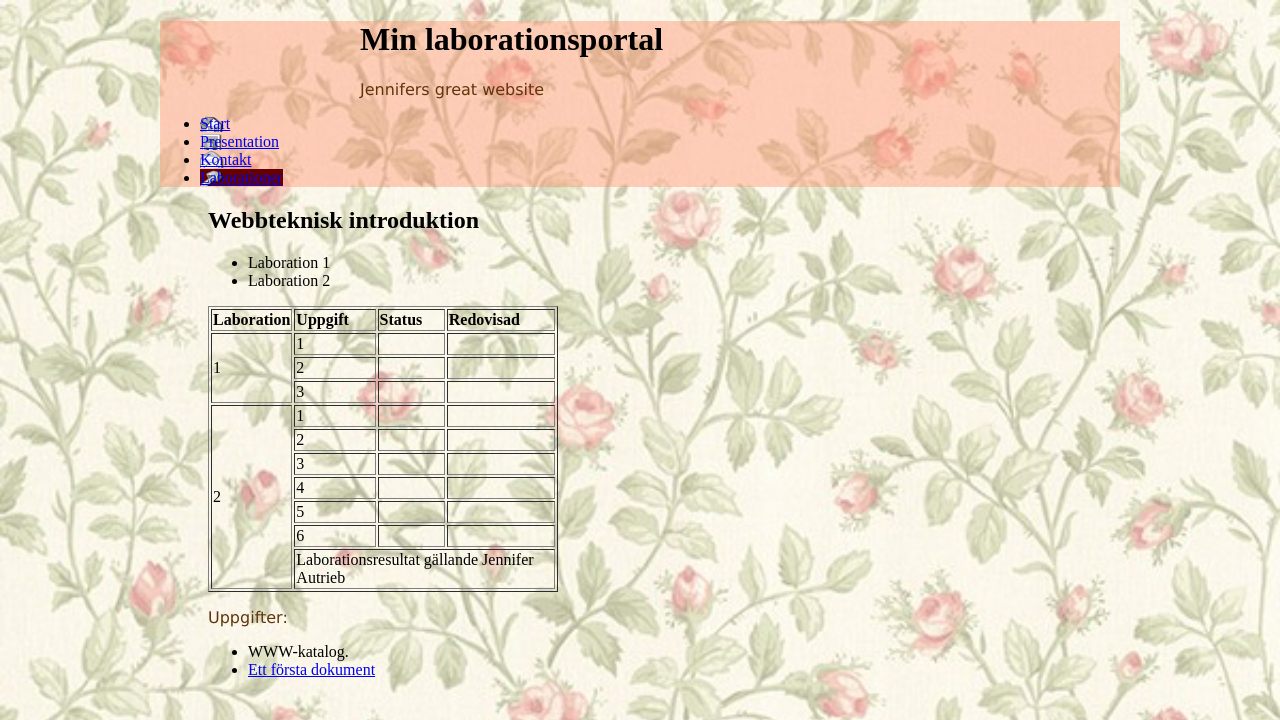
Repository: JeAut/1ik415-JeAut-laborationer
Page: WWW/pages/laborationer.html
The author's editor kept a record of every edit. The page is drawn from the files as they stood at one moment, then again after the next edit.
The browser window is 1280 px wide. The pictures show the whole page.

Above is the page before.

### WWW/pages/laborationer.html
<!DOCTYPE html>
<html>
    <head>
        <meta http-equiv="content-type" content="text/html; charset=utf-8" />
        <title>Laborationer</title>
        <link rel="apple-touch-icon" href="../../css/jenbookmark.jpg"/>
        <link rel="stylesheet" href="../../css/style.css"/>
        <link rel="stylesheet" media="print" href="../../css/print.css"/>
        <link rel="stylesheet" media="screen and (max-width: 480px)" href="../../css/mobile.css"/>
        <meta name="viewport" content="width=device-width, initial-scale=1">
        <link rel="shortcut icon" href="../pics/favicon.ico" type="image/x-icon"/>
    </head>
    <body>
    <div id="bgimage">
        <div id="body">
        <div id="header"><h1>Min laborationsportal</h1>
        <p>Jennifers great website</p>
        </div>

        <aside>
        <ul>
          <li><a href="../index.html" class="buttonstart"> Start</a></li>
          <li><a href="Presentation.html" class="buttonpresent"> Presentation</a></li>
          <li><a href="kontakt.html" class="buttonkontakt"> Kontakt</a></li>
          <li><a href="laborationer.html" class="active buttonlabb"> Laborationer</a></li>
        </ul>
        </div>

        <!--
        <ul class="sidemenu">
        <div id="navigation">
            <div id="bc">
            <div id="ulsidemenu">
            <div id="ulsidemenu2">
            <li><a href="../../index.html" class="buttonstart"> Start</a></li>
            </div>
            <div id="ulsidemenu3">
            <li><a href="Presentation.html" class="buttonpresent"> Presentation</a></li>
            </div>
            <div id="ulsidemenu4">
            <li><a href="kontakt.html" class="buttonkontakt"> Kontakt</a></li>
            </div>
            <div id="ulsidemenu5">
            <li><a href="laborationer.html" class="active buttonlabb"> Laborationer</a></li>
            </div>
            </div>
            </div>
            </div>
        </ul>
        -->
        <div id="container"><h2>Webbteknisk introduktion</h2>

        <ul>
            <li>Laboration 1</li>
            <li>Laboration 2</li>
        </ul>

        <table width="350" border="1">
        <tr>
        <td><b>Laboration</b></td>
        <td><b>Uppgift</b></td>
        <td><b>Status</b></td>
        <td><b>Redovisad</b></td>
        </tr>
        <tr>
            <td rowspan="3">1</td>
            <td>1</td>
            <td></td>
            <td></td>
        </tr>
        <tr>
            <td>2</td>
            <td></td>
            <td></td>
        </tr>
        <tr>
            <td>3</td>
            <td></td>
            <td></td>
        </tr>
        <tr>
            <td rowspan="9">2</td>
            <td>1</td>
            <td></td>
            <td></td>
        </tr>
        <tr>
            <td>2</td>
            <td></td>
            <td></td>
        </tr>
        <tr>
            <td>3</td>
            <td></td>
            <td></td>
        </tr>
        <tr>
            <td>4</td>
            <td></td>
            <td></td>
        </tr>
        <tr>
            <td>5</td>
            <td></td>
            <td></td>
        </tr>
        <tr>
            <td>6</td>
            <td></td>
            <td></td>
        </tr>
        <td colspan="4">Laborationsresultat gällande Jennifer Autrieb</td>
        </table>

        <p>Uppgifter:</p>

        <ul>
        <li>WWW-katalog.</li>
        <li><a href="Presentation.html#doc"> Ett första dokument</a></li>
        </ul>
        </div>
        </div>
        </div>
    </body>
</html>

### css/style.css
/*Layout*/

#navigation {
    display:block;
    float:left;
    width:31.25%;
}

#container {
    display:block;
    margin-left:200px;
    width:62.5%;
}

#header {
    display:block;
    margin-left:200px;
}

#body {
    width:960px;
    margin: 0 auto;
    background-color: rgba(255, 139, 102, 0.4);
}

body {
    background-image:url(floral.jpg);
    -webkit-background-size: cover;
    -moz-background-size: cover;
    -o-background-size: cover;
    background-size: cover;
}

#image {
    float:right;
    border-left:4px solid #000;
    border-right:4px solid #000;
    border-top:4px solid #000;
    border-bottom:4px solid #000;
    display:block;
}


#image2 {
    float:left;
    border-left:4px solid #000;
    border-right:4px solid #000;
    border-top:4px solid #000;
    border-bottom:4px solid #000;
    display:block;
}


#navigation {
    background-color:#F6DEA5;
    width:150px;

}

#navigation ul {
   list-style:none;
   padding:0px;
   margin:0px;
}

#navigation li {
   font-family:Verdana, Arial;
    border-top:1px solid #6F3E04;
    border-left:1px solid #6F3E04;
    border-right:1px solid #6F3E04;
    border-bottom:1px solid #6F3E04;
}

#navigation a {
    text-decoration:none;
    display:block;
    color:#994C00;
    font-weight:bold;
    padding:2px 10px;
}
#navigation a:hover {
    background-color:#B9BB79;
    color:#EEEEDC;
}


/*Listelement <li> meny

#bc {
    background-color:#D8B774;
}

#ulsidemenu {
    padding:0px;
    margin:0px;
    list-style:none;
    font-family:Verdana, Arial, Helvetica, sans-serif;
    border-bottom:1px solid #6F3E04;
    width:150px;
    background-color:#F6DEA5;
}

#ulsidemenu2 {
    border-top:1px solid #6F3E04;
    border-left:1px solid #6F3E04;
    border-right:1px solid #6F3E04;
}

#ulsidemenu3 {
    border-top:1px solid #6F3E04;
    border-left:1px solid #6F3E04;
    border-right:1px solid #6F3E04;
}

#ulsidemenu4 {
    border-top:1px solid #6F3E04;
    border-left:1px solid #6F3E04;
    border-right:1px solid #6F3E04;
}

#ulsidemenu5 {
    border-top:1px solid #6F3E04;
    border-left:1px solid #6F3E04;
    border-right:1px solid #6F3E04;
}

a {
    text-decoration:none;
    display:block;
    width:128px;
    color:#994C00;
    font-weight:bold;
    padding:2px 10px;
}
a:hover {
    background-color:#B9BB79;
    color:#EEEEDC;
}
*/

/*Typografi*/

p {
    color:#5F350B;
    font-family:Verdana, Arial, Helvetica, sans-serif;
}

p1 {
    color:#29640F;
    font-family:"Trebuchet MS", Helvetica, sans-serif;
}

.active {
    background-color:#660000;
}

/*Sprites*/

.buttonstart {
    background-image:url(../WWW/pics/sprite.png);
    background-repeat:no-repeat;
    background-position:0px -48px;
    text-indent:15px;
}

.buttonstart:hover {
    background-image:url(../WWW/pics/sprite.png);
    background-repeat:no-repeat;
    background-position:0px 0px;
    text-indent:15px;
}

.buttonpresent {
    background-image:url(../WWW/pics/sprite.png);
    background-repeat:no-repeat;
    background-position:0px -239px;
    text-indent:15px;
}

.buttonpresent:hover {
    background-image:url(../WWW/pics/sprite.png);
    background-repeat:no-repeat;
    background-position:0px -192px;
    text-indent:15px;
}

.buttonkontakt {
    background-image:url(../WWW/pics/sprite.png);
    background-repeat:no-repeat;
    background-position:0px -336px;
    text-indent:15px;
}

.buttonkontakt:hover {
    background-image:url(../WWW/pics/sprite.png);
    background-repeat:no-repeat;
    background-position:0px -288px;
    text-indent:15px;
}

.buttonlabb {
    background-image:url(../WWW/pics/sprite.png);
    background-repeat:no-repeat;
    background-position:0px -144px;
    text-indent:15px;
}

.buttonlabb:hover {
    background-image:url(../WWW/pics/sprite.png);
    background-repeat:no-repeat;
    background-position:0px -96px;
    text-indent:15px;
}

### css/print.css
#navigation {
    display:none;
}

#Videotaggen {
    display:none;
}

#container {
    margin-left:-200px;
}

#header {
    margin-left:-200px;
}

### css/mobile.css
/*För skärmar med bredden 480px eller mindre*/

#body{
    width:100%;
}
#container {
	width: 100%;
	float: none;
	margin: 0 auto;
}
aside {
	width: 100%;
	float: none;
}

header {
    margin: 0 auto;
}

img {
    max-width:100%;
}

table {
	width:100%;
}

#form {
	width:100%;
}

#rubrik {
	padding:20px;
}

#fraga {
	padding:20px;
}

#mail {
	width:1.5em;
	height:1.5em;
}

#telefon {
	width:1.5em;
	height:1.5em;
}

#submit {
	padding:10px;
}

#reset {
	padding:10px;
}

After the next edit:
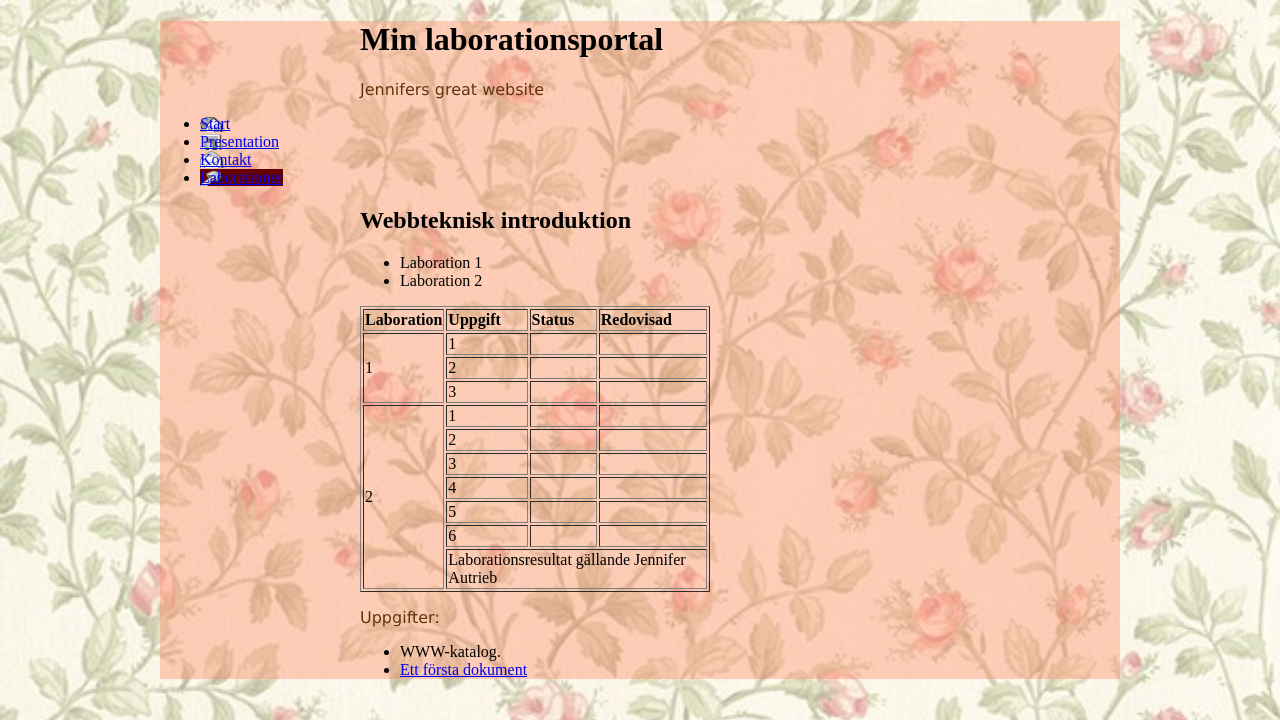
The edit:
--- a/WWW/pages/laborationer.html
+++ b/WWW/pages/laborationer.html
@@ -24,7 +24,7 @@
           <li><a href="kontakt.html" class="buttonkontakt"> Kontakt</a></li>
           <li><a href="laborationer.html" class="active buttonlabb"> Laborationer</a></li>
         </ul>
-        </div>
+        </aside>
 
         <!--
         <ul class="sidemenu">
